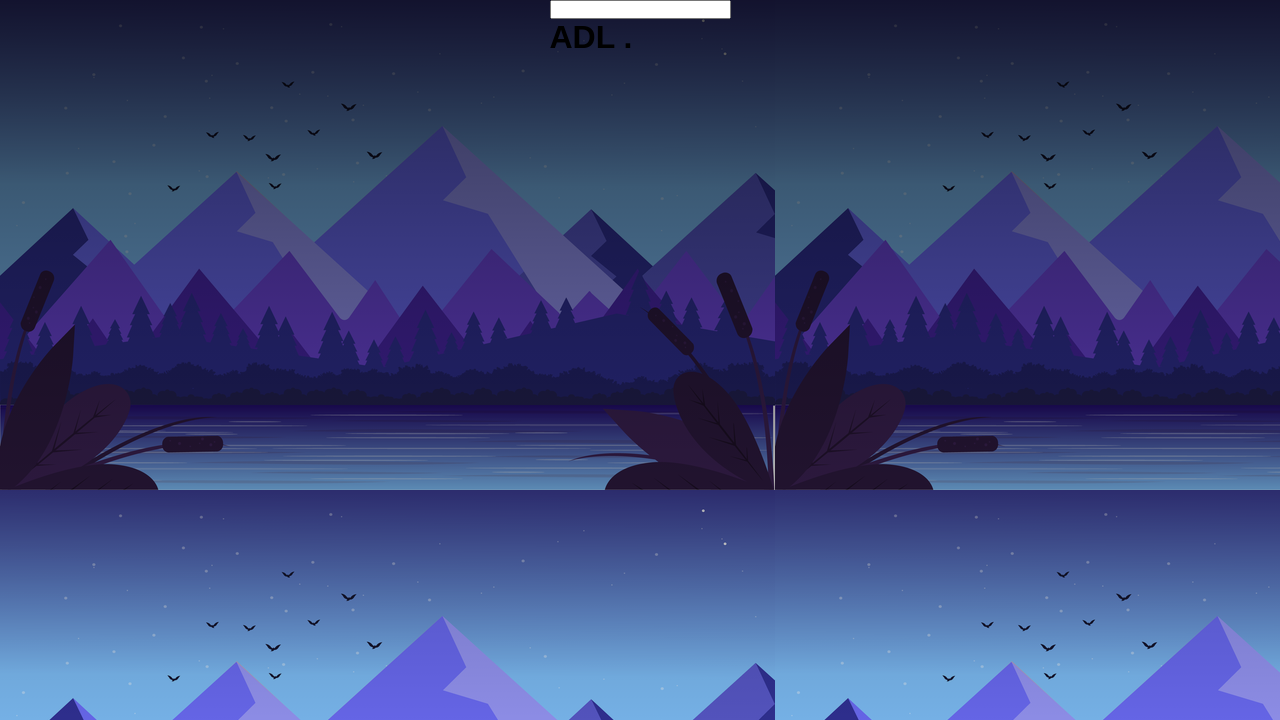
Repository: andrewhuynh561/weather-app-1
Page: index.html
The author's editor kept a copy of each file at every save. The page is drawn from the files as they stood at one save, then again after the next save.
The browser window is 1280 px wide. The pictures show the whole page.

Above is the page before, as saved 2022-12-08 20:36:42.

### index.html
<!DOCTYPE html>
<html lang="en">
<head>
    <meta charset="UTF-8">
    <meta http-equiv="X-UA-Compatible" content="IE=edge">
    <meta name="viewport" content="width=device-width, initial-scale=1.0">
    <title>Weather app</title>
    <link
     rel="stylesheet"
     href="https://cdnjs.cloudflare.com/ajax/libs/font-awesome/6.0.0-beta2/css/all.min.css"
     integrity="sha512-YWzhKL2whUzgiheMoBFwW8CKV4qpHQAEuvilg9FAn5VJUDwKZZxkJNuGM4XkWuk94WCrrwslk8yWNGmY1EduTA=="
     crossorigin="anonymous"
     referrerpolicy="no-referrer">
    <link rel="stylesheet" href="style.css">
</head>
<body>
    <div id="weather">
        <input type="text" class="search">
        <div class="content">
            <h1 class="capital">
                <span class="city">ADL</span>
                <span>.</span>
                <span class="country"></span>
            </h1>
        </div>
    </div>

</body>
</html>

### style.css
*{
    margin: 0;
    padding: 0;
    box-sizing: border-box;
}
body{
    font-family: sans-serif;
    height: 100vh;
    display: flex;
    justify-content: center;
    align-content: center;
    background: linear-gradient(to bottom, rgba(0,0,0,0.7),rgba(0,0,0,0.1)),url(./image/222.png), no-repeat,center/cover;



}

After the next save:
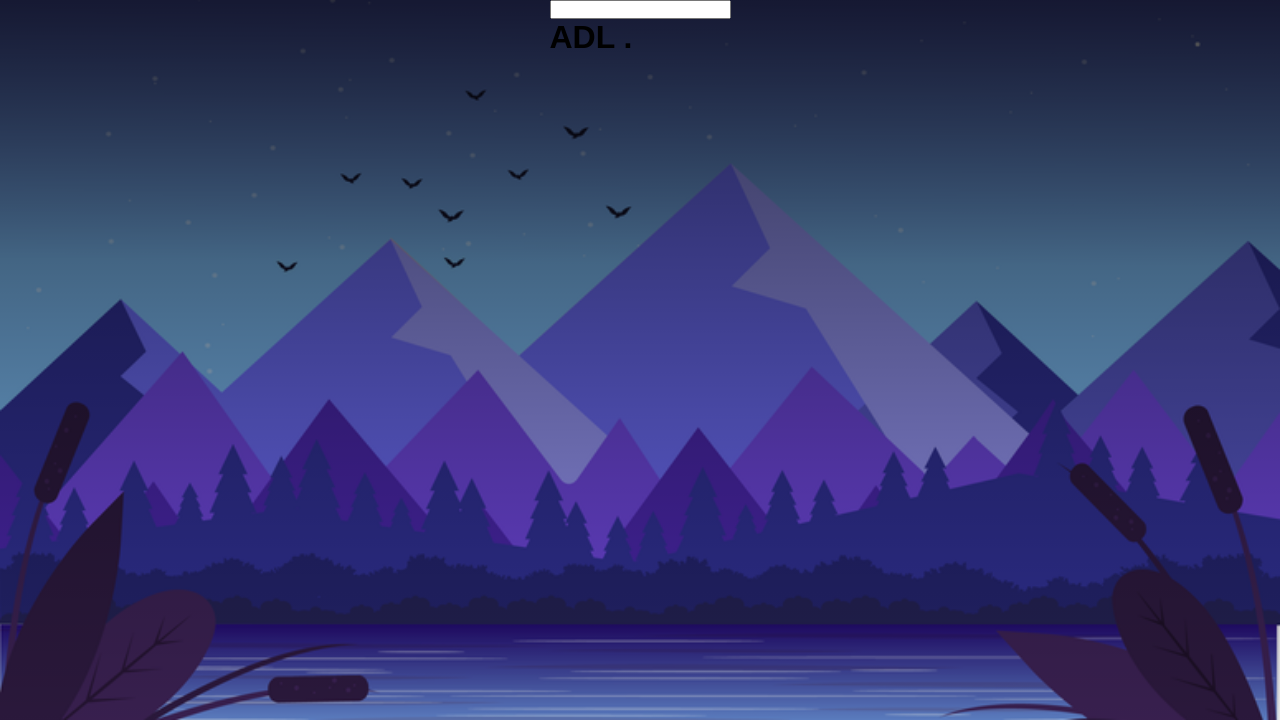
Saved 16 s later.
--- a/style.css
+++ b/style.css
@@ -9,7 +9,7 @@ body{
     display: flex;
     justify-content: center;
     align-content: center;
-    background: linear-gradient(to bottom, rgba(0,0,0,0.7),rgba(0,0,0,0.1)),url(./image/222.png), no-repeat,center/cover;
+    background: linear-gradient(to bottom, rgba(0,0,0,0.7),rgba(0,0,0,0.1)),url(./image/222.png)  no-repeat center/cover;
 
 
 
